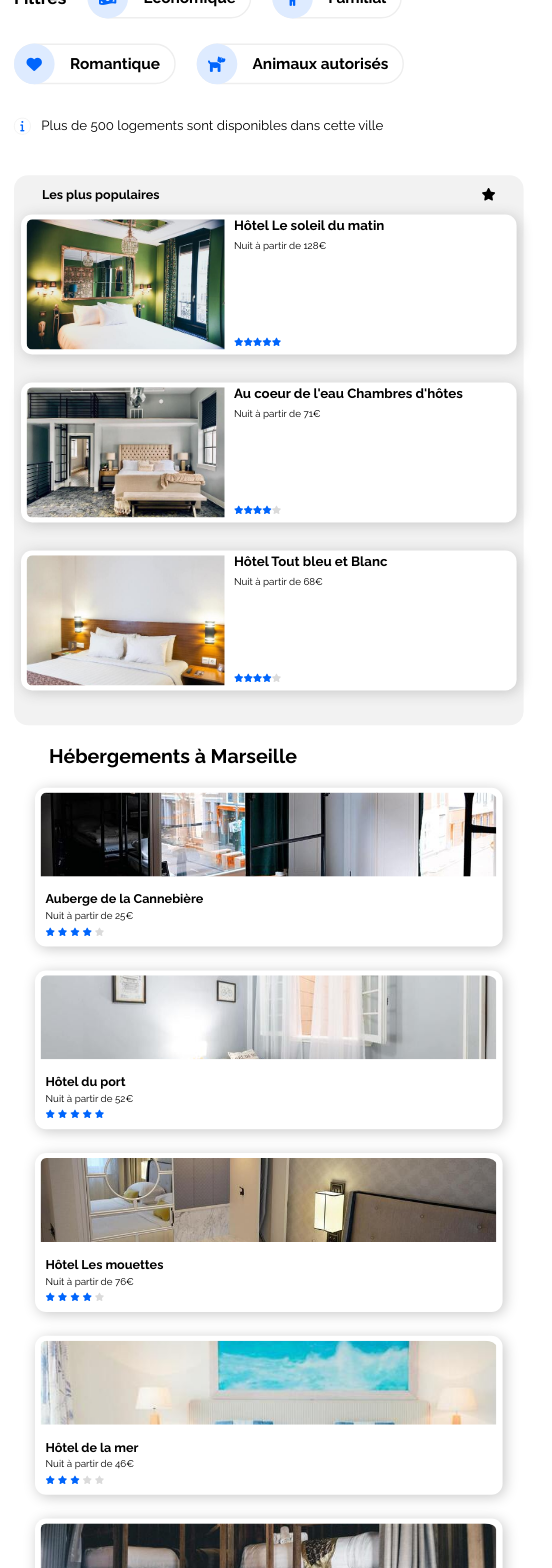
Repository: leandroBarbosaFR/booki
Page: index.html
These files come from the project's save history. The page is drawn as it stood at one moment and after the next save; the edit follows.
The browser window is 768 px wide. The page is 788 px wide, so the pictures cover 788 px, including what lies to the right of the window. The pictures show the part of the page from y = 426 to 2666 px (the page is 5229 px tall before and 5250 px after), at 70% of full size.

Above is the page before, as saved 2022-07-22 15:25:31.

After the next save:
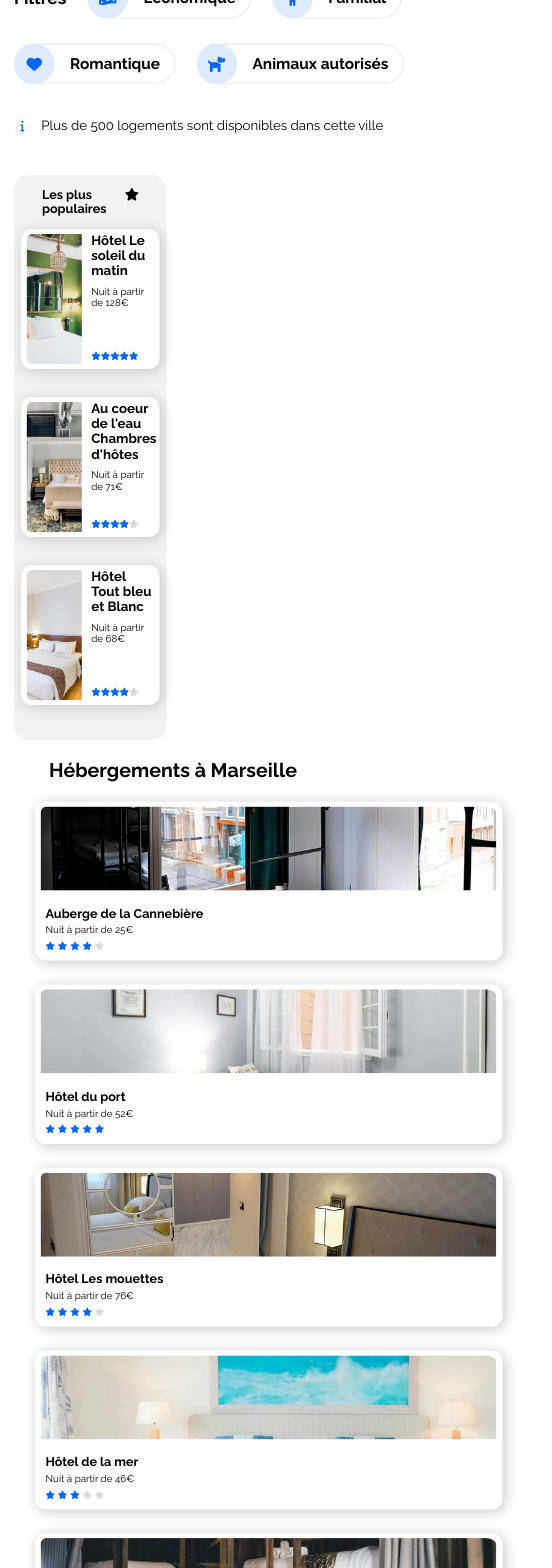
Saved 11 s later.
--- a/css/style.css
+++ b/css/style.css
@@ -495,10 +495,10 @@
       flex-wrap: wrap;
       gap: 0;
   }
-  .borduredeux {
+  /* .borduredeux {
       width: 100%;
       border-radius: Opx;
-  }
+  } */
   .bordureune {
       background-color: white;
       width: 100%;

After the 2 saves that followed:
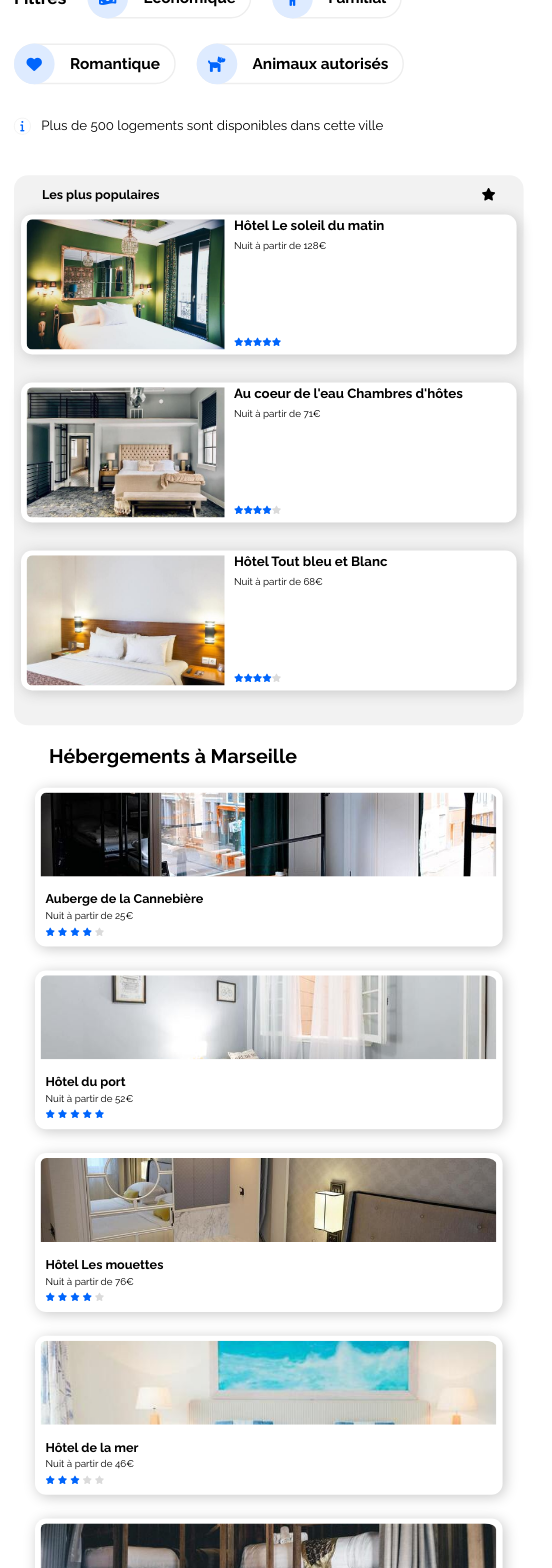
The 2 saves are shown as one change because they came seconds apart.
The last was saved 9 s later.
--- a/css/style.css
+++ b/css/style.css
@@ -495,10 +495,10 @@
       flex-wrap: wrap;
       gap: 0;
   }
-  /* .borduredeux {
-      width: 100%;
-      border-radius: Opx;
-  } */
+  .borduredeux {
+      width: 100%;
+
+  }
   .bordureune {
       background-color: white;
       width: 100%;
